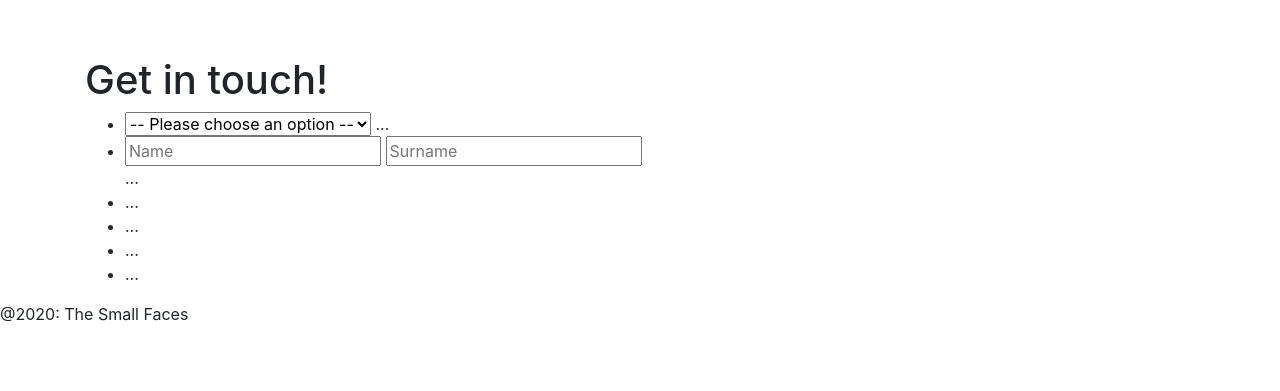
Repository: akshatnitd/User-Centric-FrontEnd-Milestone-Project
Page: contact.html
The author's editor kept a record of every edit. The page is drawn from the files as they stood at one moment, then again after the next edit.
The browser window is 1280 px wide. The pictures show the whole page.
Some web libraries are served in a nearby version.

Above is the page before.

### contact.html
<!DOCTYPE html>
<html lang="en">
<head>
    <meta charset="UTF-8">
    <meta name="viewport" content="width=device-width, initial-scale=1, shrink-to-fit=no">
    <meta http-equiv="X-UA-Compatible" content="ie=edge">
    <link href="https://fonts.googleapis.com/css?family=Abril+Fatface" rel="stylesheet">
	<link href="https://fonts.googleapis.com/css?family=Roboto" rel="stylesheet">
	<link href="https://fonts.googleapis.com/css?family=Concert+One&display=swap" rel="stylesheet">
	<link href="https://fonts.googleapis.com/css?family=Fjalla+One&display=swap" rel="stylesheet">
	<link rel="stylesheet" href="https://use.fontawesome.com/releases/v5.12.1/css/all.css">
	<link rel="stylesheet" href="https://stackpath.bootstrapcdn.com/bootstrap/4.4.1/css/bootstrap.min.css" integrity="sha384-Vkoo8x4CGsO3+Hhxv8T/Q5PaXtkKtu6ug5TOeNV6gBiFeWPGFN9MuhOf23Q9Ifjh" crossorigin="anonymous">
	<link href="assets/css/style.css" rel="stylesheet" type="text/css">
    <title>Contact</title>
</head>
<body>
    <header>
      <nav class="navbar navbar-expand-sm navbar-dark">
  <a class="navbar-brand" href="index.html">The Small Faces</a>
  <button class="navbar-toggler ml-auto custom-toggler" type="button" data-toggle="collapse" data-target="#navbarNav" aria-controls="navbarNav" aria-expanded="false" aria-label="Toggle navigation">
    <i class="fas fa-bars"></i>
  </button>
  <div class="collapse navbar-collapse" id="navbarNav">
    <ul class="nav navbar-nav ml-auto">
      <li class="nav-item">
        <a class="nav-link" href="index.html">Home</a>
      </li>
      <li class="nav-item">
        <a class="nav-link" href="band.html">Band</a>
      </li>
      <li class="nav-item">
        <a class="nav-link" href="tour.html">Tours</a>
      </li>
      <li class="nav-item">
        <a class="nav-link" href="store.html">Store</a>
      </li>
      <li class="nav-item">
        <a class="nav-link" href="contact.html">Contact</a>
      </li>
    </ul>
    </header>
    <section>
       <form class="my-form">
  <div class="container">
    <h1>Get in touch!</h1>
    <ul>
      <li>
          <select>
              <option selected disabled>-- Please choose an option --</option>
              <option>Request Quote</option>
              <option>Send Resume</option>
              <option>Other</option>
          </select>
...</li>
      <li>
          <div class="grid grid-2">
  <input type="text" placeholder="Name" required>
  <input type="text" placeholder="Surname" required>
</div>
...</li>
      <li>...</li>
      <li>...</li>
      <li>...</li>
      <li>...</li>
    </ul>
  </div>
</form>
</form>
   </section>
    <footer class="footer">@2020: The Small Faces</footer>

    <script src="https://code.jquery.com/jquery-3.3.1.slim.min.js" integrity="sha384-q8i/X+965DzO0rT7abK41JStQIAqVgRVzpbzo5smXKp4YfRvH+8abtTE1Pi6jizo" crossorigin="anonymous"></script>
    <script src="https://cdnjs.cloudflare.com/ajax/libs/popper.js/1.14.3/umd/popper.min.js" integrity="sha384-ZMP7rVo3mIykV+2+9J3UJ46jBk0WLaUAdn689aCwoqbBJiSnjAK/l8WvCWPIPm49" crossorigin="anonymous"></script>
    <script src="https://stackpath.bootstrapcdn.com/bootstrap/4.1.3/js/bootstrap.min.js" integrity="sha384-ChfqqxuZUCnJSK3+MXmPNIyE6ZbWh2IMqE241rYiqJxyMiZ6OW/JmZQ5stwEULTy" crossorigin="anonymous"></script>
</body>
</html>

### assets/css/style.css

/*............................................Heading*/
.container-fluid{
	background-color: #000080;
	position: relative;
	letter-spacing: 2px;
	padding: 10px 10px 10px 10px;
}

.nav-title {
	display: inline-block;
	font-size: 18px;
	font-family: 'Abril Fatface', cursive;
	color: #fff;

}

.nav-links {
	display: inline-block;
	float: right;
	font-size: 18px;
	font-family: 'Abril Fatface', cursive;
}

.nav-links>a {
	display: inline-block;
	text-decoration: none;

}

After the next edit:
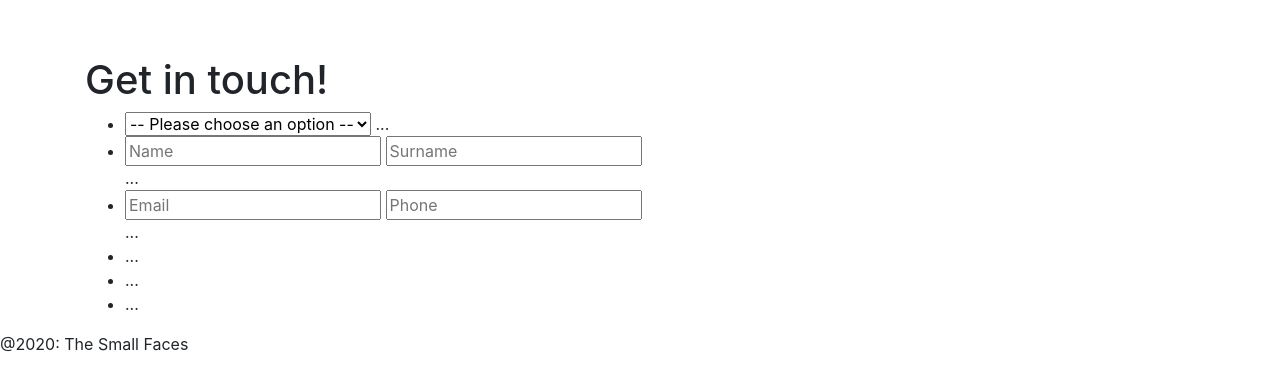
The edit:
--- a/contact.html
+++ b/contact.html
@@ -51,14 +51,19 @@
               <option>Send Resume</option>
               <option>Other</option>
           </select>
-...</li>
+...  </li>
+       <li>
+           <div class="grid grid-2">
+               <input type="text" placeholder="Name" required>
+               <input type="text" placeholder="Surname" required>
+           </div>
+...    </li>
       <li>
           <div class="grid grid-2">
-  <input type="text" placeholder="Name" required>
-  <input type="text" placeholder="Surname" required>
+  <input type="email" placeholder="Email" required>
+  <input type="tel" placeholder="Phone">
 </div>
 ...</li>
-      <li>...</li>
       <li>...</li>
       <li>...</li>
       <li>...</li>
